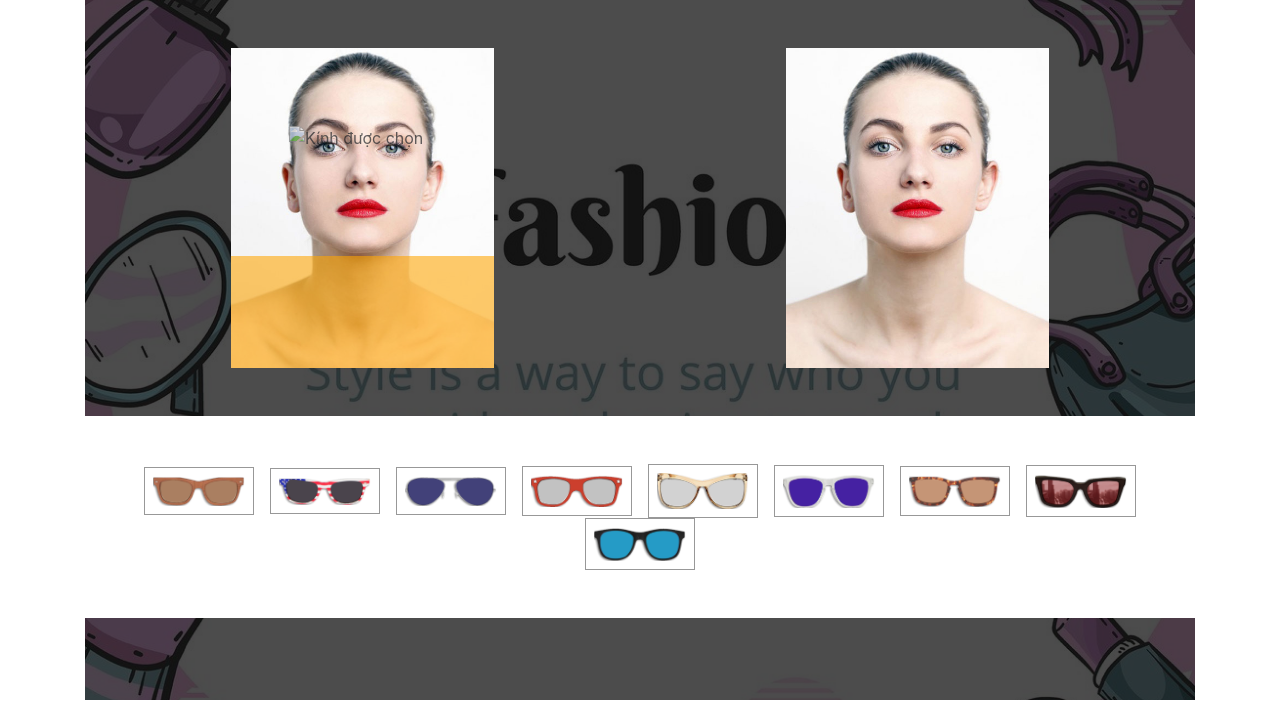
Repository: ducdatit2002/reactjs-try-glasses
Page: /
An editor plug-in stored every save of this project. The page is shown before and after the next save, followed by the edit.
The browser window is 1280 px wide. The pictures show the whole page.
The project was rebuilt for these pictures with package versions that can differ from the ones it lists, and the page was loaded fresh each time. Also part of the build but not shown: src/App.css.

Above is the page before, as saved 2023-10-24 19:29:09.

### public/index.html
<!doctype html>
<html lang="en">
  <head>
    <title>Title</title>
    <!-- Required meta tags -->
    <meta charset="utf-8">
    <meta name="viewport" content="width=device-width, initial-scale=1, shrink-to-fit=no">

    <!-- Bootstrap CSS -->
    <link rel="stylesheet" href="https://stackpath.bootstrapcdn.com/bootstrap/4.3.1/css/bootstrap.min.css" integrity="sha384-ggOyR0iXCbMQv3Xipma34MD+dH/1fQ784/j6cY/iJTQUOhcWr7x9JvoRxT2MZw1T" crossorigin="anonymous">
  </head>
  <body>
      <div class="" id="root"></div>
    <!-- Optional JavaScript -->
    <!-- jQuery first, then Popper.js, then Bootstrap JS -->
    <script src="https://code.jquery.com/jquery-3.3.1.slim.min.js" integrity="sha384-q8i/X+965DzO0rT7abK41JStQIAqVgRVzpbzo5smXKp4YfRvH+8abtTE1Pi6jizo" crossorigin="anonymous"></script>
    <script src="https://cdnjs.cloudflare.com/ajax/libs/popper.js/1.14.7/umd/popper.min.js" integrity="sha384-UO2eT0CpHqdSJQ6hJty5KVphtPhzWj9WO1clHTMGa3JDZwrnQq4sF86dIHNDz0W1" crossorigin="anonymous"></script>
    <script src="https://stackpath.bootstrapcdn.com/bootstrap/4.3.1/js/bootstrap.min.js" integrity="sha384-JjSmVgyd0p3pXB1rRibZUAYoIIy6OrQ6VrjIEaFf/nJGzIxFDsf4x0xIM+B07jRM" crossorigin="anonymous"></script>
  </body>
</html>

### src/App.js
import logo from './logo.svg';
import './App.css';
import GlassState from './GlassState/GlassState';
function App() {
  return (
    <div className="container">
      <GlassState/>
    </div>
  );
}

export default App;

### src/GlassState/GlassState.js
import React, { Component } from "react";
import "./GlassState.css";
import { glassArr } from "./data";
export default class GlassState extends Component {
  constructor(props) {
    super(props);
    this.state = {
      selectedGlass: null, // Thông tin kính được chọn
      modelImage: "./glassesImage/model.jpg", // Hình ảnh người mẫu mặc định
      glassTitle: "", // Tiêu đề kính
      glassContent: "", // Nội dung kính
    };
  }

  // Hàm xử lý khi người dùng chọn kính
  selectGlass = (glass) => {
    this.setState({
      selectedGlass: glass,
      modelImage: "./glassesImage/model.jpg", // Đảm bảo hình ảnh người mẫu mặc định
      glassTitle: glass.name, // Cập nhật tiêu đề kính
      glassContent: glass.desc, // Cập nhật nội dung kính
    });
  };

  render() {
    return (
      <div>
        <div className="backGround"
        style={{
            backgroundImage: 'url("./glassesImage/background.jpg")',
            backgroundPosition: "center center",
            backgroundRepeat: "no-repeat",
            backgroundSize: "cover",
            height: 700,
          }}>
          <div className="overlay">
            <div className="container">
              <div className="row mt-5">
                <div className="col-6 text-center">
                  <div className="img">
                    <img
                      className="w-50"
                      src={this.state.modelImage}
                      alt="model"
                    />
                    <div className="tryGlasses">
                      <img
                        src={this.state.selectedGlass? this.state.selectedGlass.url: ""}
                        alt="Kính được chọn"
                        style={{ width: 154, opacity: "0.7" }}/>
                    </div>
                    <div className="content">
                      <h6 className="glass-title">{this.state.glassTitle}</h6>
                      <p className="glass-content">{this.state.glassContent}</p>
                    </div>
                  </div>
                </div>
                <div className="col-6 text-center">
                  <img
                    className="w-50"
                    src={this.state.modelImage}
                    alt="model"
                  />
                </div>
              </div>
              <div className="row">
                <div className="col-12 p-5 mt-5 bg-white text-center glasses">
                  {glassArr.map((glass) => (
                    <span
                      key={glass.id}
                      onClick={() => this.selectGlass(glass)}
                    >
                      <img src={glass.url} style={{ width: 110 }} />
                    </span>
                  ))}
                </div>
              </div>
            </div>
          </div>
        </div>
      </div>
    );
  }
}

### src/GlassState/GlassState.css
.backGround {
    position: relative;
}
.overlay {
    content: "";
    position: absolute;
    top: 0;
    right: 0;
    bottom: 0;
    left: 0;
    background-color: rgba(0,0,0,.7);
    width: 100%;
    height: 700px;
}
.img {
    position: relative;
}
.tryGlasses {
    position: absolute;
    left: 36%;
    top: 24%;
}
.content {
    position: absolute;
    background-color: rgba(255,166,0,.575);
    width: 50%;
    height: 35%;
    left: 25%;
    bottom: 0;
    text-align: left;
    padding: 1rem;
}
.content .glass-title {
    font-size: 15px;
    font-weight: 700;
    color: #8a2be2;
}
.content .glass-content {
    font-size: 14px;
}
.glasses img {
    padding: 0.5rem;
    border: 1px solid rgba(0,0,0,.404);
    margin: 0 0.5rem;
    cursor: pointer;
}

### src/GlassState/data.js
export let glassArr = [
    {
        "id": 1,
        "price": 30,
        "name": "GUCCI G8850U",
        "url": "./glassesImage/v1.png",
        "desc": "Light pink square lenses define these sunglasses, ending with amother of pearl effect tip. "
    },
    {
        "id": 2,
        "price": 50,
        "name": "GUCCI G8759H",
        "url": "./glassesImage/v2.png",
        "desc": "Light pink square lenses define these sunglasses, ending with amother of pearl effect tip. "
    },
    {
        "id": 3,
        "price": 30,
        "name": "DIOR D6700HQ",
        "url": "./glassesImage/v3.png",
        "desc": "Light pink square lenses define these sunglasses, ending with amother of pearl effect tip. "
    },
    {
        "id": 4,
        "price": 70,
        "name": "DIOR D6005U",
        "url": "./glassesImage/v4.png",
        "desc": "Light pink square lenses define these sunglasses, ending with amother of pearl effect tip. "
    },
    {
        "id": 5,
        "price": 40,
        "name": "PRADA P8750",
        "url": "./glassesImage/v5.png",
        "desc": "Light pink square lenses define these sunglasses, ending with amother of pearl effect tip. "
    },
    {
        "id": 6,
        "price": 60,
        "name": "PRADA P9700",
        "url": "./glassesImage/v6.png",
        "desc": "Light pink square lenses define these sunglasses, ending with amother of pearl effect tip. "
    },
    {
        "id": 7,
        "price": 80,
        "name": "FENDI F8750",
        "url": "./glassesImage/v7.png",
        "desc": "Light pink square lenses define these sunglasses, ending with amother of pearl effect tip. "
    },
    {
        "id": 8,
        "price": 100,
        "name": "FENDI F8500",
        "url": "./glassesImage/v8.png",
        "desc": "Light pink square lenses define these sunglasses, ending with amother of pearl effect tip. "
    },
    {
        "id": 9,
        "price": 60,
        "name": "FENDI F4300",
        "url": "./glassesImage/v9.png",
        "desc": "Light pink square lenses define these sunglasses, ending with amother of pearl effect tip. "
    }
]

Loaded but not shown: src/index.js (common file); src/index.css (common file); src/reportWebVitals.js (common file)

After the next save:
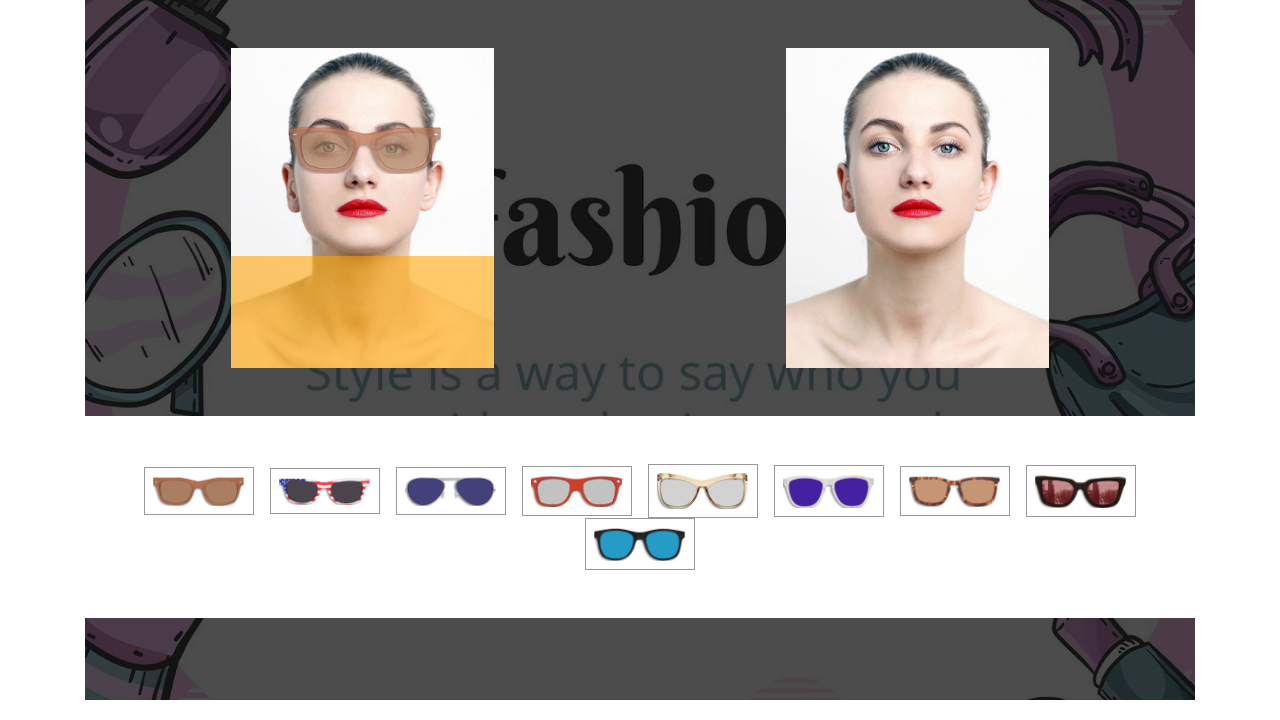
Saved 51 s later.
--- a/src/GlassState/GlassState.js
+++ b/src/GlassState/GlassState.js
@@ -5,7 +5,7 @@
   constructor(props) {
     super(props);
     this.state = {
-      selectedGlass: null, // Thông tin kính được chọn
+      selectedGlass: glassArr[0], // Thông tin kính được chọn
       modelImage: "./glassesImage/model.jpg", // Hình ảnh người mẫu mặc định
       glassTitle: "", // Tiêu đề kính
       glassContent: "", // Nội dung kính
